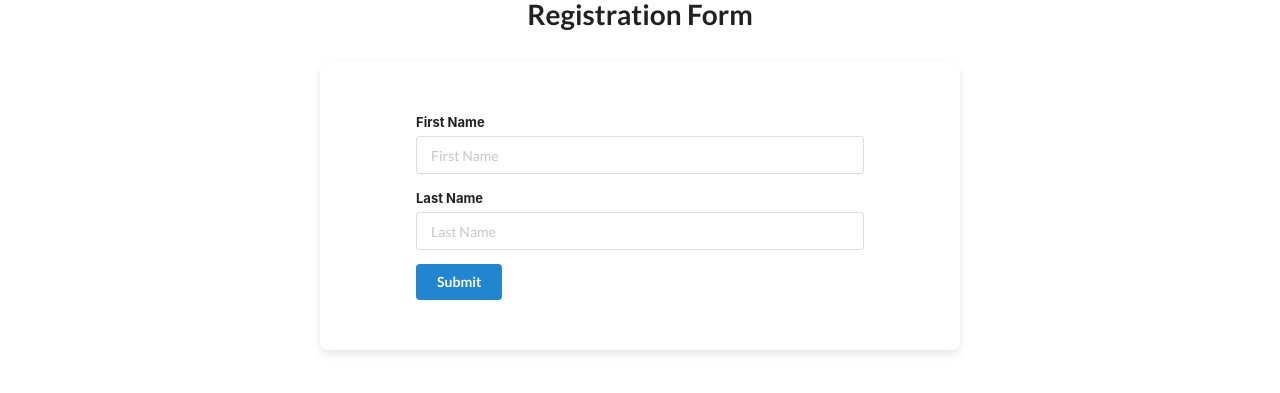
Repository: Wahid137/registration-form
Page: /
The author's editor kept a copy of each file at every save. The page is drawn from the files as they stood at one save, then again after the next save.
The browser window is 1280 px wide. The pictures show the whole page.
The project was rebuilt for these pictures with package versions that can differ from the ones it lists, and the page was loaded fresh each time. Also part of the build but not shown: src/App.css.

Above is the page before, as saved 2024-05-01 11:04:37.

### src/index.js
import React from 'react';
import ReactDOM from 'react-dom/client';
import 'semantic-ui-css/semantic.min.css';
import App from './App';
import './index.css';
import reportWebVitals from './reportWebVitals';

const root = ReactDOM.createRoot(document.getElementById('root'));
root.render(
  <React.StrictMode>
    <App />
  </React.StrictMode>
);

// If you want to start measuring performance in your app, pass a function
// to log results (for example: reportWebVitals(console.log))
// or send to an analytics endpoint. Learn more: https://bit.ly/CRA-vitals
reportWebVitals();

### src/App.js
import { Header } from 'semantic-ui-react';
import './App.css';
import Register from './components/Register';

function App() {
  return (
    <div className="App">
      <Header as='h1' textAlign='center'>
        Registration Form
      </Header>
      <Register />
    </div>
  );
}

export default App;

### src/components/Register.js
import Joi from "joi"; // Import Joi
import React from "react";
import { useForm } from "react-hook-form";
import { Button, Container, Form, FormField } from "semantic-ui-react";

const Register = () => {
    // Initialize React Hook Form
    const { register, handleSubmit, formState: { errors } } = useForm();

    // Joi schema for validation
    const schema = Joi.object({
        firstName: Joi.string().min(2).max(20).required().messages({
            "string.base": "First name must be a string",
            "string.empty": "Please enter your first name",
            "string.min": "First name must have at least {#limit} characters",
            "string.max": "First name cannot exceed {#limit} characters",
            "any.required": "First name is required",
        }),
        lastName: Joi.string().min(2).max(20).required().messages({
            "string.base": "Last name must be a string",
            "string.empty": "Please enter your last name",
            "string.min": "Last name must have at least {#limit} characters",
            "string.max": "Last name cannot exceed {#limit} characters",
            "any.required": "Last name is required",
        }),
    });

    const onSubmit = (data) => {
        // Validate using Joi schema
        const { error } = schema.validate(data, { abortEarly: false });
        if (error) {
            const errorMessage = {};
            error.details.forEach((detail) => {
                errorMessage[detail.path[0]] = detail.message;
            });
            return errorMessage;
        }
        console.log(data);
    };

    return (
        <Container
            style={{
                marginTop: "30px",
                display: "flex",
                width: "50%",
                justifyContent: "center",
                paddingTop: "50px",
                paddingBottom: "50px",
                boxShadow: "0 4px 8px rgba(0,0,0,0.1)", // Add shadow effect
                borderRadius: "8px", // Add border radius for rounded corners
            }}
        >
            <Form style={{ width: "70%" }} onSubmit={handleSubmit(onSubmit)}>
                <FormField>
                    <label>First Name</label>
                    <input
                        placeholder="First Name"
                        {...register("firstName")}
                    />
                    {errors && errors.firstName && (
                        <div style={{ color: "red" }}>{errors.firstName.message}</div>
                    )}
                </FormField>
                <FormField>
                    <label>Last Name</label>
                    <input
                        placeholder="Last Name"
                        {...register("lastName")}
                    />
                    {errors && errors.lastName && (
                        <div style={{ color: "red" }}>{errors.lastName.message}</div>
                    )}
                </FormField>
                <Button type="submit" color="blue">
                    Submit
                </Button>
            </Form>
        </Container>
    );
};

export default Register;

Loaded but not shown: public/index.html (common file); src/index.css (common file); src/reportWebVitals.js (common file)

After the next save:
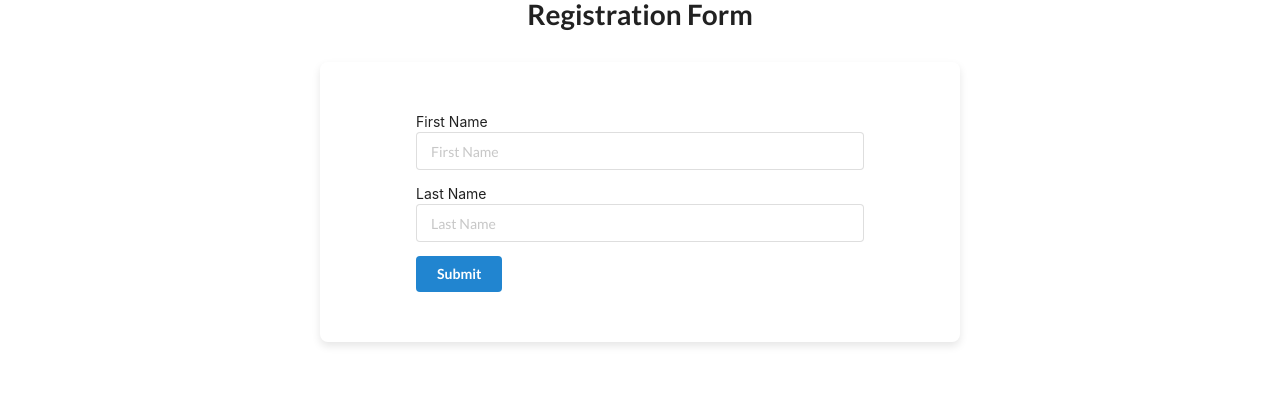
Saved 70 s later.
--- a/src/components/Register.js
+++ b/src/components/Register.js
@@ -1,7 +1,7 @@
 import Joi from "joi"; // Import Joi
 import React from "react";
 import { useForm } from "react-hook-form";
-import { Button, Container, Form, FormField } from "semantic-ui-react";
+import { Button, Container, Form } from "semantic-ui-react";
 
 const Register = () => {
     // Initialize React Hook Form
@@ -52,7 +52,7 @@
             }}
         >
             <Form style={{ width: "70%" }} onSubmit={handleSubmit(onSubmit)}>
-                <FormField>
+                <div style={{ marginBottom: "1rem" }}>
                     <label>First Name</label>
                     <input
                         placeholder="First Name"
@@ -61,8 +61,8 @@
                     {errors && errors.firstName && (
                         <div style={{ color: "red" }}>{errors.firstName.message}</div>
                     )}
-                </FormField>
-                <FormField>
+                </div>
+                <div style={{ marginBottom: "1rem" }}>
                     <label>Last Name</label>
                     <input
                         placeholder="Last Name"
@@ -71,7 +71,7 @@
                     {errors && errors.lastName && (
                         <div style={{ color: "red" }}>{errors.lastName.message}</div>
                     )}
-                </FormField>
+                </div>
                 <Button type="submit" color="blue">
                     Submit
                 </Button>

After the save that followed:
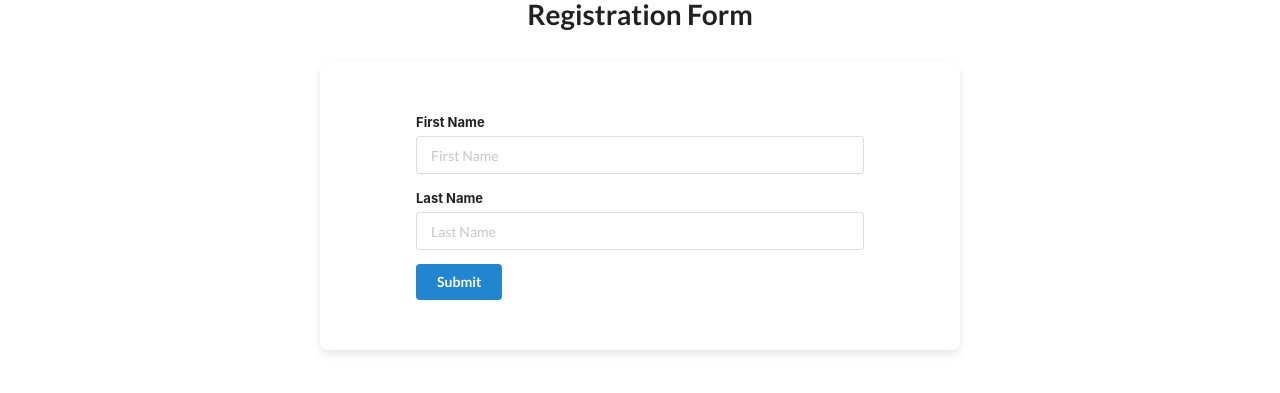
Saved 73 s later.
--- a/src/components/Register.js
+++ b/src/components/Register.js
@@ -1,7 +1,7 @@
 import Joi from "joi"; // Import Joi
 import React from "react";
 import { useForm } from "react-hook-form";
-import { Button, Container, Form } from "semantic-ui-react";
+import { Button, Container, Form, FormField } from "semantic-ui-react";
 
 const Register = () => {
     // Initialize React Hook Form
@@ -53,21 +53,25 @@
         >
             <Form style={{ width: "70%" }} onSubmit={handleSubmit(onSubmit)}>
                 <div style={{ marginBottom: "1rem" }}>
-                    <label>First Name</label>
-                    <input
-                        placeholder="First Name"
-                        {...register("firstName")}
-                    />
+                    <FormField>
+                        <label>First Name</label>
+                        <input
+                            placeholder="First Name"
+                            {...register("firstName")}
+                        />
+                    </FormField>
                     {errors && errors.firstName && (
                         <div style={{ color: "red" }}>{errors.firstName.message}</div>
                     )}
                 </div>
                 <div style={{ marginBottom: "1rem" }}>
-                    <label>Last Name</label>
-                    <input
-                        placeholder="Last Name"
-                        {...register("lastName")}
-                    />
+                    <FormField>
+                        <label>Last Name</label>
+                        <input
+                            placeholder="Last Name"
+                            {...register("lastName")}
+                        />
+                    </FormField>
                     {errors && errors.lastName && (
                         <div style={{ color: "red" }}>{errors.lastName.message}</div>
                     )}
